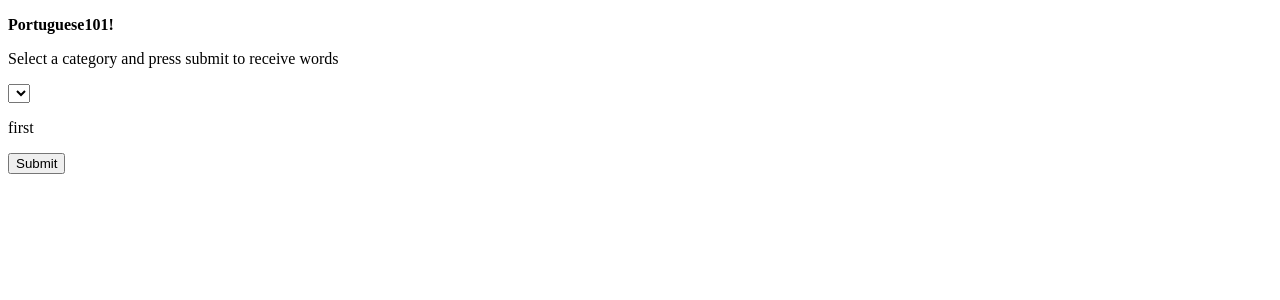
Repository: BenFields22/PortugueseLearning
Page: Portuguese101/Portuguese101/WebContent/index.html
The author's editor kept a copy of each file at every save. The page is drawn from the files as they stood at one save, then again after the next save.
The browser window is 1280 px wide. The pictures show the whole page.
Some web libraries are served in a nearby version.

Above is the page before, as saved 2017-06-12 01:07:22.

### Portuguese101/Portuguese101/WebContent/index.html
<!DOCTYPE html>
<html>
<head>
<meta charset="ISO-8859-1">
<title>Portuguese101</title>
<script type="text/javascript" src="Resources/js/passData.js"></script>
<script src="https://ajax.googleapis.com/ajax/libs/jquery/3.2.1/jquery.min.js"></script>
<link rel="stylesheet" type="text/css" href="Resources/css/table.css" />
</head>

<body onload="generateSelection()">
	<p>
		<strong>Portuguese101!</strong>
	</p>

	<p>Select a category and press submit to receive words</p>

	<select id="category">
	</select>

	<p id="inside">
		first
	</p>


	<button onclick="generateTable()">Submit</button>

	<br>

</body>
</html>

### Portuguese101/Portuguese101/WebContent/Resources/js/passData.js
function generateSelection(){
	var xhr1 = new XMLHttpRequest();
	xhr1.onload = function(){
		if(xhr1.status ===200){
			document.getElementById("category").innerHTML = xhr1.responseText;
		}
		xhr1.open('POST','GetCategories.do',true);
		xhr1.send(null);
	}
}



function generateTable(){
		category = String(document.getElementById("category").value);
		var xhr = new XMLHttpRequest();
		xhr.onload = function(){
			if(xhr.status ===200){
				document.getElementById('inside').innerHTML = xhr.responseText;
			}
		}

		xhr.open('POST', 'ConnectDB.do',true);
		xhr.send(String(category));
	}

### Portuguese101/Portuguese101/WebContent/Resources/css/table.css
table {
	font-family:Arial, Helvetica, sans-serif;
	color:#666;
	font-size:18px;
	text-shadow: 1px 1px 0px #fff;
	background:#eaebec;
	margin:20px;
	border:#ccc 1px solid;

	-moz-border-radius:3px;
	-webkit-border-radius:3px;
	border-radius:3px;

	-moz-box-shadow: 0 1px 2px #d1d1d1;
	-webkit-box-shadow: 0 1px 2px #d1d1d1;
	box-shadow: 0 1px 2px #d1d1d1;
}

th, td {
   border: 1px solid black;
   margin:50px;
   text-align: left;
}

After the next save:
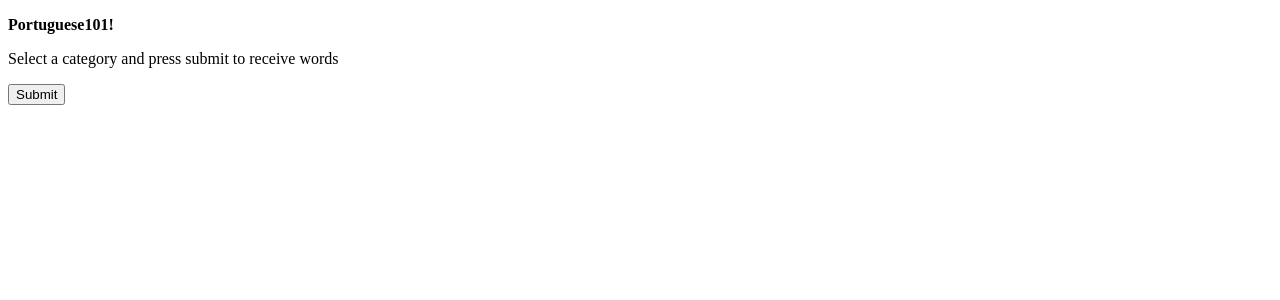
Saved 7 min 22 s later.
--- a/Portuguese101/Portuguese101/WebContent/index.html
+++ b/Portuguese101/Portuguese101/WebContent/index.html
@@ -15,11 +15,11 @@
 
 	<p>Select a category and press submit to receive words</p>
 
-	<select id="category">
-	</select>
+	<p id="category">
+
+	</p>
 
 	<p id="inside">
-		first
 	</p>
 
 
